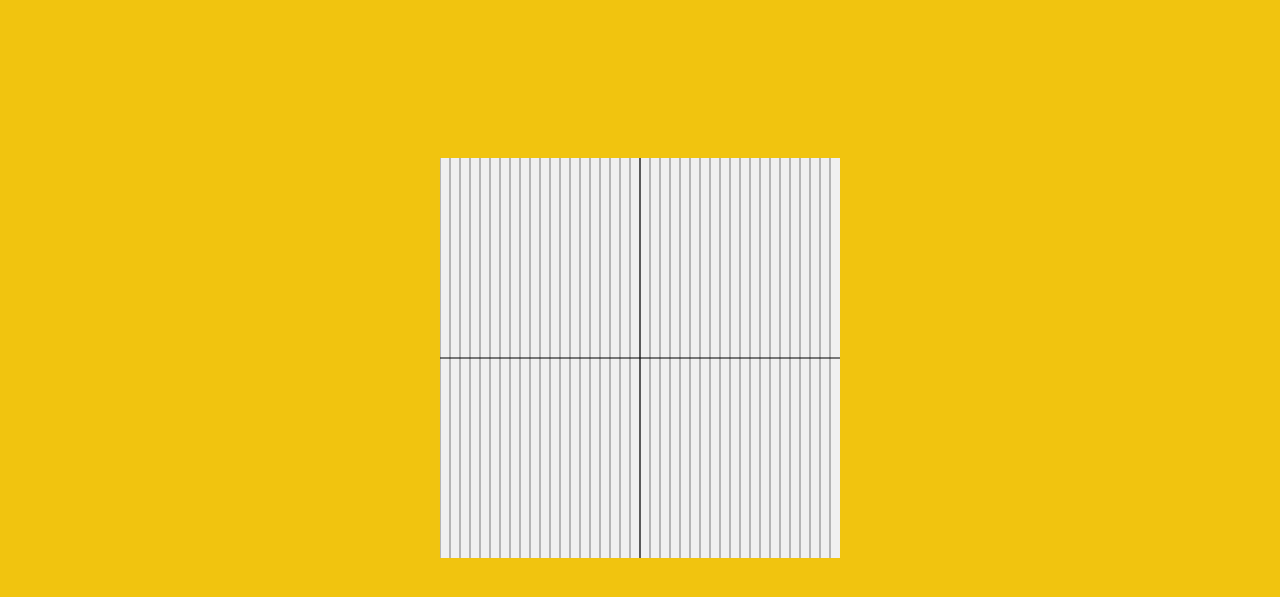
Repository: animarcus/graphing-app
Page: index.html
These files come from the project's save history. The page is drawn as it stood at one moment and after the next save; the edit follows.
The browser window is 1280 px wide. The pictures show the whole page.
Some web libraries are served in a nearby version.

Above is the page before, as saved 2020-09-26 19:29:34.

After the next save:
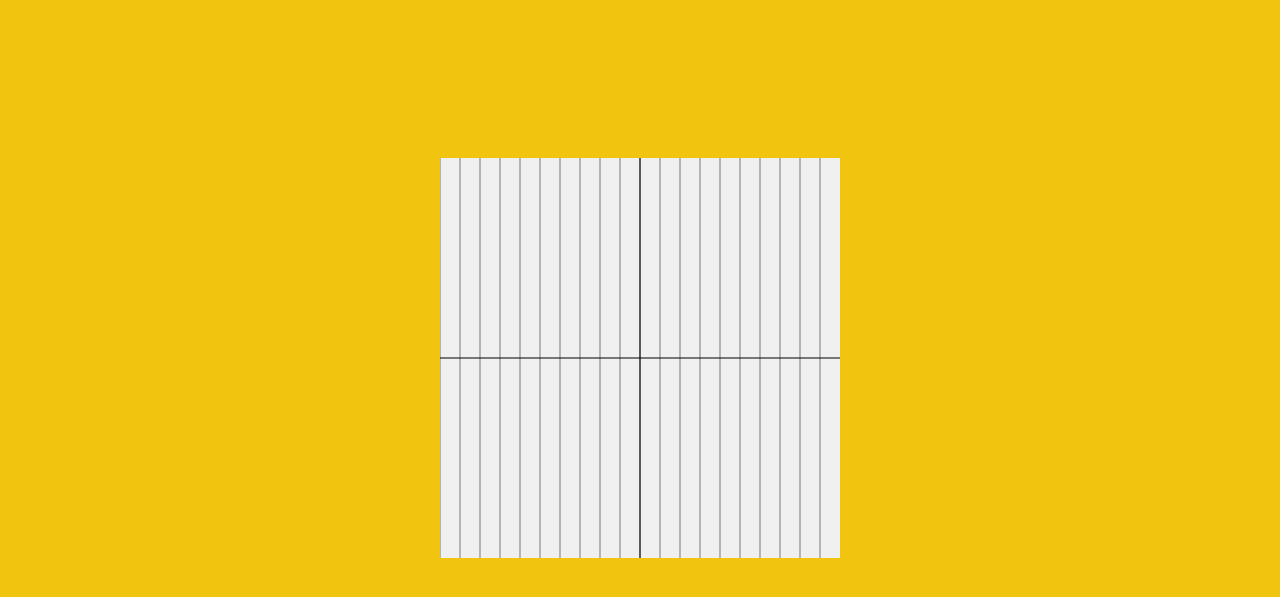
Saved 5 s later.
--- a/js/sketch.js
+++ b/js/sketch.js
@@ -15,7 +15,7 @@ function setup() {
   line(0, -canvasH/2, 0, canvasH/2);
 
   strokeWeight(1);
-  for (let i = -canvasW/2; i < canvasW/2; i += 10) {
+  for (let i = -canvasW/2; i < canvasW/2; i += 20) {
     line(i, -canvasH/2, i, canvasH/2);
   }
 }
